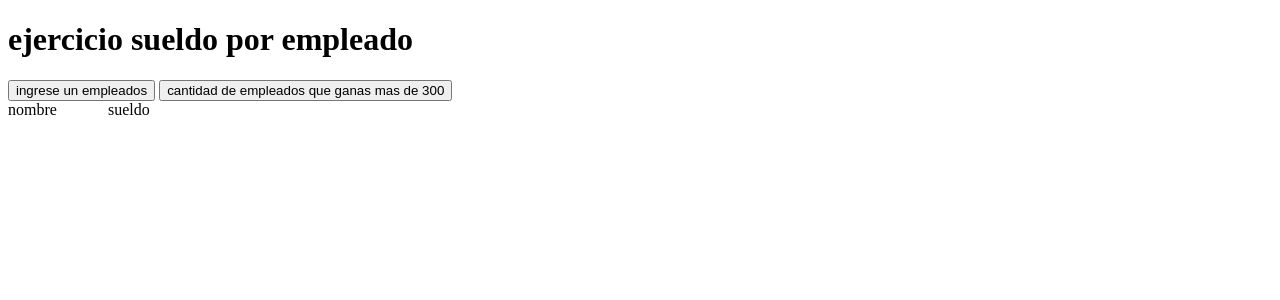
Repository: wolfmarcos/Ej-FormSesionEmpleados
Page: sueldoempleado.html
An editor plug-in stored every save of this project. The page is shown before and after the next save, followed by the edit.
The browser window is 1280 px wide. The pictures show the whole page.

Above is the page before, as saved 2022-07-26 11:52:38.

### sueldoempleado.html
<!DOCTYPE html>
<html lang="en">
<head>
    <meta charset="UTF-8">
    <meta http-equiv="X-UA-Compatible" content="IE=edge">
    <meta name="viewport" content="width=device-width, initial-scale=1.0">
    <link rel="stylesheet" href="ej1.css">
    <title>Document</title>
</head>
<body>
    <h1>ejercicio sueldo por empleado</h1>
    <button id="agregarHTML">ingrese un empleados</button>

    <button id="empleadosMas300">cantidad de empleados que ganas mas de 300 </button>

    <div class="contenedorR">
        <div>nombre</div>
        <div>sueldo</div>
        <div class="datos"></div>

</div>


    <script src="ej1.js"></script>
</body>

<div>

    <form action="">
<leibel></leibel>
<leibel></leibel>


    </form>


</div>



</html>

### ej1.css
.contenedorR{ display: grid;

    grid-template-columns: repeat(2 ,100px)}

### ej1.js
// En una empresa trabajan n empleados cuyos  nombre y sueldo se carga por un formulario desde el celular. sueldos oscilan entre $100 y $500,
//  realizar un programa que lea los sueldos que cobra cada empleado e informe cuántos empleados cobran menos de  $200  en una tabla y mas de $300  en otra tabla
//  recuerde cargar los datos como  un nuevo objeto. Además el programa deberá informar el importe que gasta la empresa en sueldos total del personal.
let aprobados = 0;
let i= 0;
let repeticion = true;
resu=document.querySelector(".contenedorR2")

datos=document.querySelector(".datos")
// let arrayDesaprobados = []
const empleados = [];
let resud="";

// let emp = new Empleados;
document.querySelector("#agregarHTML").addEventListener("click", (e) => {


    while(repeticion == true){
        let nombre= prompt("empleado: ");
        let sueldo= parseInt(prompt("sueldo: "));
        //   empleados[i]=[nombre,sueldo,(i+"pepito") ] ;
        //  empleados[i].push(nombre,sueldo );
        empleados[i]={nomebres:nombre,sueldos:sueldo,id:(i+"pepito") }
        i = i + 1;
        repeticion=confirm("ingresar otro  empleado")
    };
    //   Object.values()
    for (let cada of empleados){console.log(cada.sueldos);};


});


// empleados.forEach( cada => console.log( cada["nomebres"]));


document.querySelector("#empleadosMas300").addEventListener("click", (e) => {
    console.log(typeof empleados[0].sueldos)
const emas300= empleados.filter((x)=>x.sueldos>300)
console.log(emas300)
for (let cada of emas300){console.log( cada[1]);};


for (n of emas300){
    resud+= `<div>${n.nomebres}</div>  <div>${n.sueldos}</div>`
    // '<div>'+n.nomebres+'</div>'+'<div>'+n.sueldos+'</div>'
    ___________________________
    //     <div>${n.nomebres}</div>
    //      <div>${n.sueldos}</div>
    ___________________________

console.log(resud)

}
___________________________
// datos.outerHTML=
// `<div class="contenedorR">
// <div>nombre</div>
// <div>sueldo</div>
// ${resud}
// </div>`
___________________________
datos.outerHTML=resud;



})



 // let sueldo= parseFloat(prompt("suldo: "));
        //  new emp(nombre,sueldo)

// console.log("aprobaron: " + aprobados)
// console.log(arrayAprobados);
// console.log("desaprobaron: " + desaprobados)
// console.log(arrayDesaprobados);

After the next save:
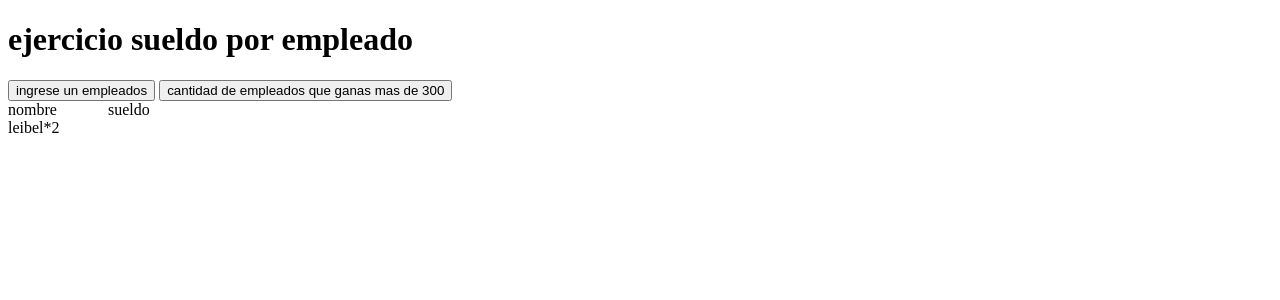
Saved 4 s later.
--- a/sueldoempleado.html
+++ b/sueldoempleado.html
@@ -27,8 +27,7 @@
 <div>
 
     <form action="">
-<leibel></leibel>
-<leibel></leibel>
+leibel*2
 
 
     </form>
